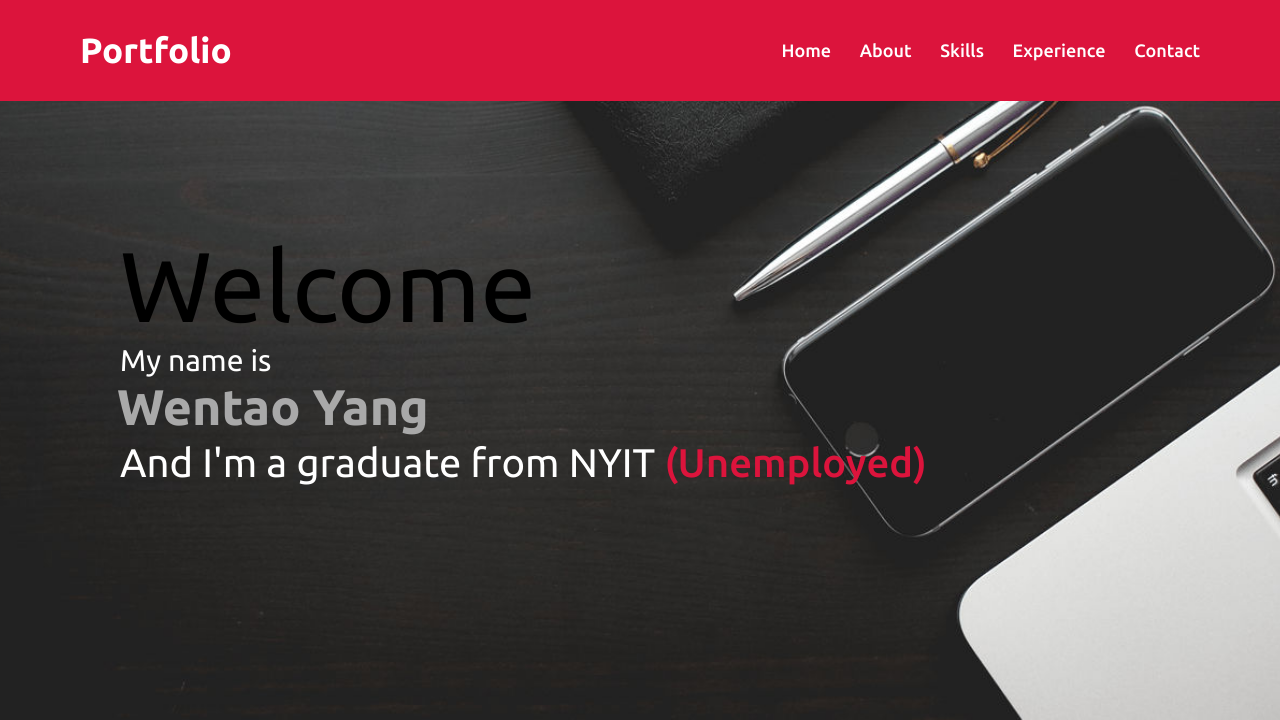
Repository: wyang08/wyang08.github.io
Page: index.html
The author's editor kept a copy of each file at every save. The page is drawn from the files as they stood at one save, then again after the next save.
The browser window is 1280 px wide. The pictures show the whole page.

Above is the page before, as saved 2021-07-02 15:15:14.

After the next save:
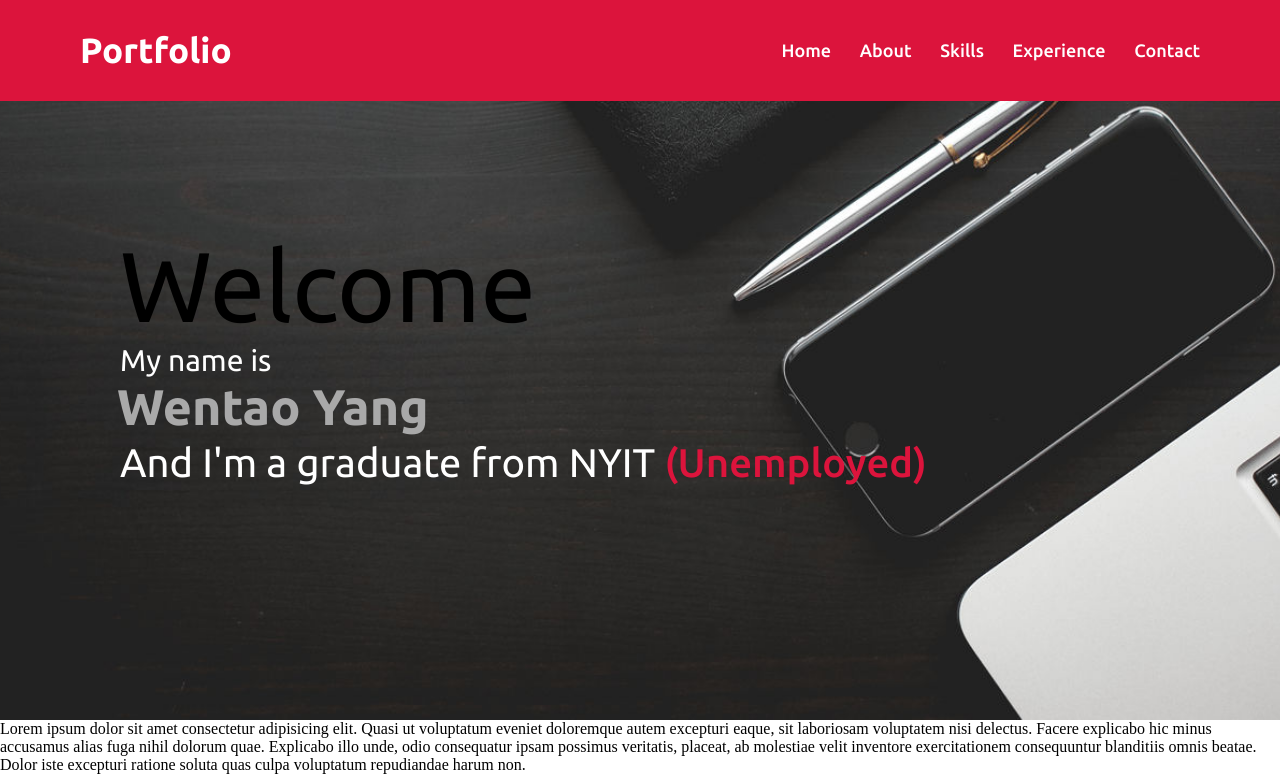
Saved 27 s later.
--- a/index.html
+++ b/index.html
@@ -40,6 +40,8 @@
         </div>
     </section>
 
+    <p>Lorem ipsum dolor sit amet consectetur adipisicing elit. Quasi ut voluptatum eveniet doloremque autem excepturi eaque, sit laboriosam voluptatem nisi delectus. Facere explicabo hic minus accusamus alias fuga nihil dolorum quae. Explicabo illo unde, odio consequatur ipsam possimus veritatis, placeat, ab molestiae velit inventore exercitationem consequuntur blanditiis omnis beatae. Dolor iste excepturi ratione soluta quas culpa voluptatum repudiandae harum non.</p>
+
     <script src="script.js"></script>
 
 </body>
